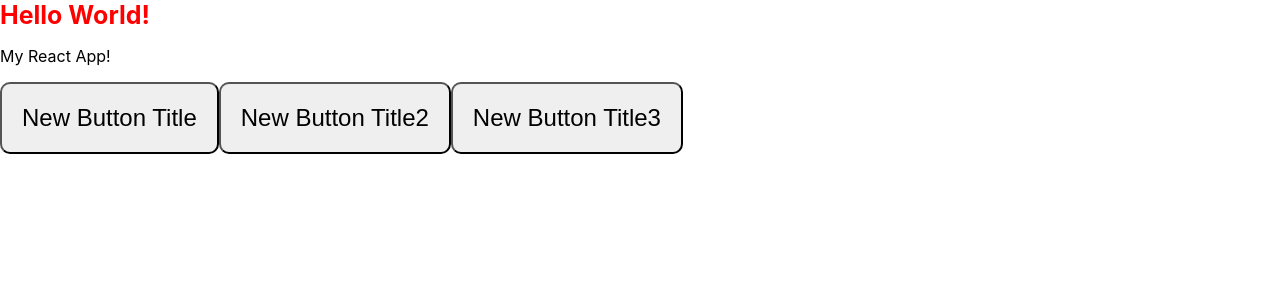
Repository: ruslan-horaiskyi/weatherApp
Page: /
The author's editor kept a copy of each file at every save. The page is drawn from the files as they stood at one save, then again after the next save.
The browser window is 1280 px wide. The pictures show the whole page.
The project was rebuilt for these pictures with package versions that can differ from the ones it lists, and the page was loaded fresh each time.

Above is the page before, as saved 2023-04-20 16:37:35.

After the next save:
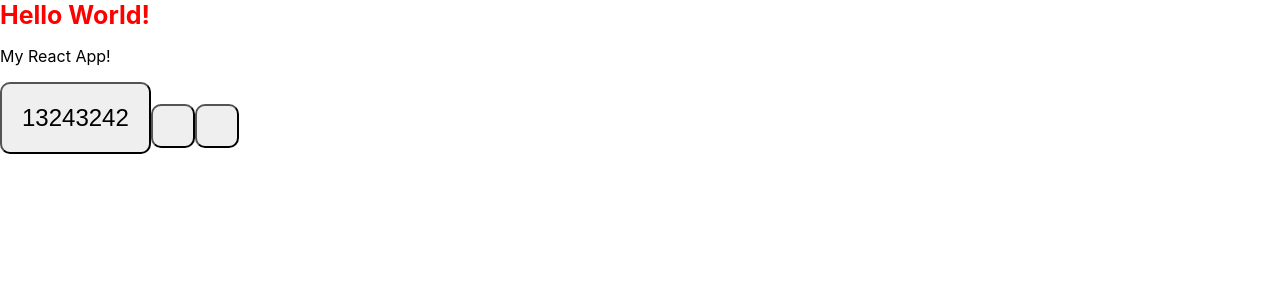
Saved 17 s later.
--- a/src/components/Button/Button.jsx
+++ b/src/components/Button/Button.jsx
@@ -3,7 +3,7 @@ import "./Button.css";
 const Button = ({ title, children }) => {
   return <button className="custom-button" onClick={() => {
     console.log('Button clicked!');
-  }}>{title}</button>;
+  }}>{children}</button>;
 };
 
 export default Button;
